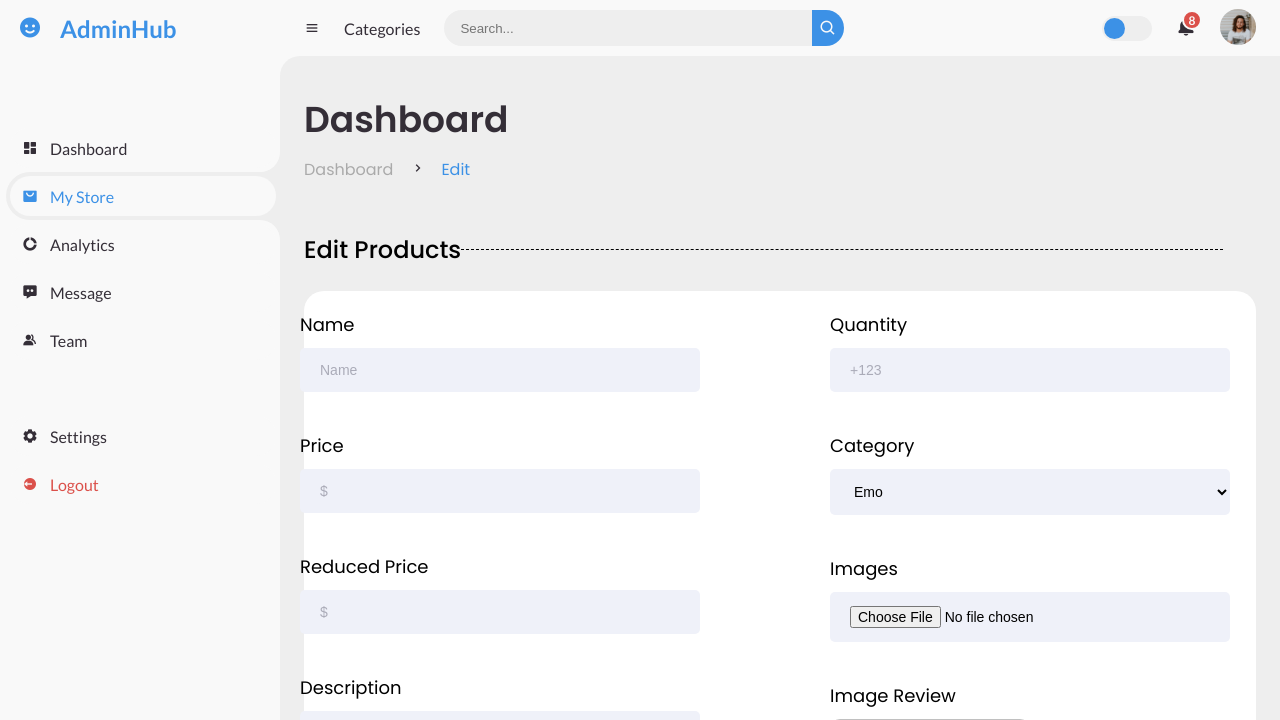
Repository: trietle101/du-an-1
Page: http://localhost/admin/edit.php
The author's editor kept a copy of each file at every save. The page is drawn from the files as they stood at one save, then again after the next save.
The browser window is 1280 px wide. The pictures show the whole page.
An inner scrolling area shows only its first screen. Some web libraries are served in a nearby version. The page is run by PHP 8.4 with error messages shown; the project is at /var/www/html/.

Above is the page before, as saved 2023-03-22 16:35:30.
Console error: TypeError: Cannot read properties of null (reading 'addEventListener')

After the next save:
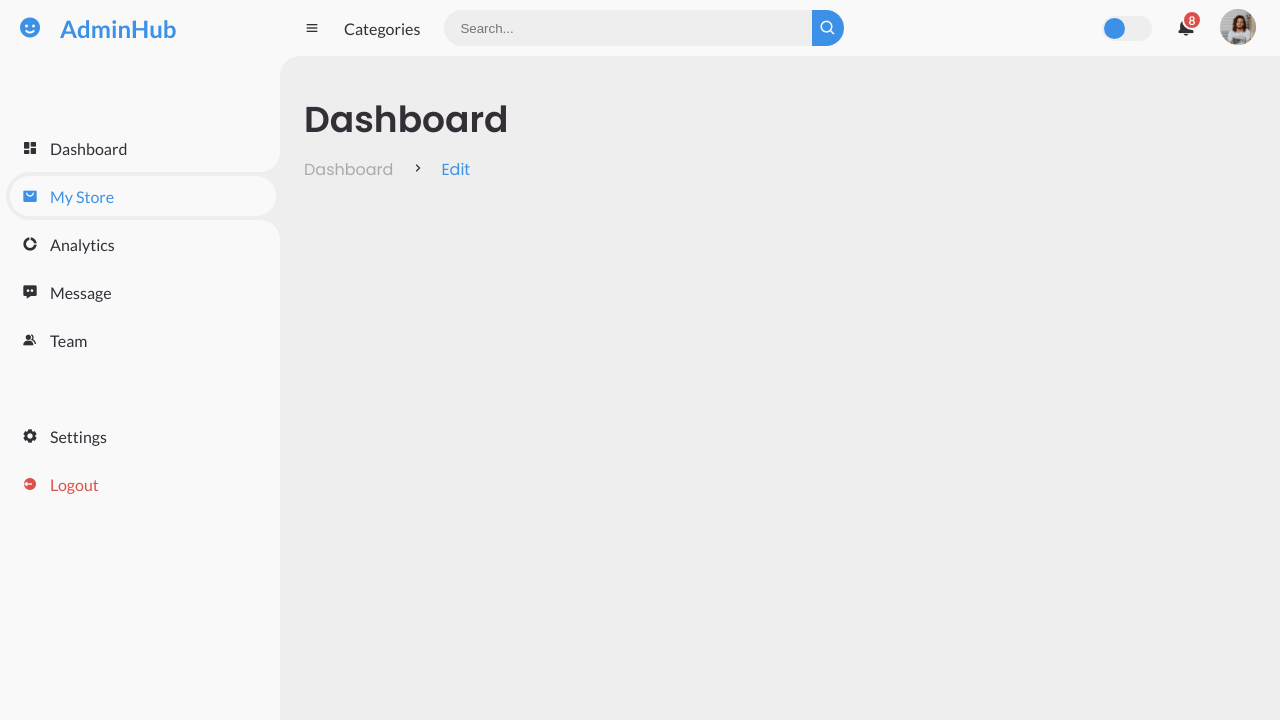
Saved 112 s later.
--- a/components/comedit.php
+++ b/components/comedit.php
@@ -14,68 +14,64 @@
             </ul>
           </div>
         </div>
-
-        <div class="checkout-address">
-          <h3 class="checkout-address-title">
-            <span>Edit Products</span>
-          </h3>
-          <div class="checkout-address-box">
-            <form action="#">
-              <div class="checkout-address-list">
-                <div class="checkout-address-item">
-                  <div class="checkout-address-input">
-                    <label>Name</label> <br />
-                    <input type="text" placeholder="Name" />
+        <?php
+          if(isset($_GET['id_pd'])){
+            $products = products_selectID_pd($_GET['id_pd']);
+            ?>
+            <div class="checkout-address">
+              <h3 class="checkout-address-title">
+                <span>Edit Products</span>
+              </h3>
+              <div class="checkout-address-box">
+                <form action="#">
+                  <div class="checkout-address-list">
+                    <div class="checkout-address-item">
+                      <div class="checkout-address-input">
+                        <label>Name</label> <br />
+                        <input type="text" placeholder="Name" value="<?php echo $products[0][1] ?>"/>
+                      </div>
+                      <div class="checkout-address-input">
+                        <label>Price</label> <br />
+                        <input type="number" placeholder="$" value="<?php echo $products[0][3] ?>" />
+                      </div>
+                      <div class="checkout-address-input">
+                        <label>Reduced Price</label> <br />
+                        <input type="number" placeholder="$" value="<?php echo $products[0][2] ?>" />
+                      </div>
+                    </div>
+                    <div class="checkout-address-item">
+                      <div class="checkout-address-input">
+                        <label>Quantity</label> <br />
+                        <input type="number" placeholder="+123" value="<?php echo $products[0][8] ?>" />
+                      </div>
+                      <div class="checkout-address-input">
+                        <label>Category</label> <br />
+                        <select name="cate">
+                          <?php
+                            $cate_pd = cate_selectAll();
+                            foreach ($cate_pd as $item){
+                              ?>
+                              <option value="<?php echo $item[0] ?>"><?php echo $item[1] ?></option>
+                            <?php }?>
+                        </select>
+                      </div>
+                      <div class="checkout-address-input">
+                        <label>Images</label> <br />
+                        <input type="file" name="image" id="avatar" />
+                      </div>
+                      <div class="checkout-address-input">
+                        <label>Image Review</label> <br />
+                        <img src="" alt="" id="avatar-view" />
+                      </div>
+                      <div class="checkout-address-input">
+                        <input type="submit" value="Edit" class="submit" />
+                      </div>
+                    </div>
                   </div>
-                  <div class="checkout-address-input">
-                    <label>Price</label> <br />
-                    <input type="number" placeholder="$" />
-                  </div>
-                  <div class="checkout-address-input">
-                    <label>Reduced Price</label> <br />
-                    <input type="number" placeholder="$" />
-                  </div>
-                  <div class="checkout-address-input">
-                    <label>Description</label> <br />
-                    <textarea
-                      class="message"
-                      type="text"
-                      name=""
-                      id=""
-                      placeholder="Description..."
-                      rows="7"
-                    ></textarea>
-                  </div>
-                </div>
-                <div class="checkout-address-item">
-                  <div class="checkout-address-input">
-                    <label>Quantity</label> <br />
-                    <input type="number" placeholder="+123" />
-                  </div>
-                  <div class="checkout-address-input">
-                    <label>Category</label> <br />
-                    <select name="cate">
-                      <option value="">Emo</option>
-                      <option value="">Emo</option>
-                      <option value="">Emo</option>
-                    </select>
-                  </div>
-                  <div class="checkout-address-input">
-                    <label>Images</label> <br />
-                    <input type="file" name="image" id="avatar" />
-                  </div>
-                  <div class="checkout-address-input">
-                    <label>Image Review</label> <br />
-                    <img src="" alt="" id="avatar-view" />
-                  </div>
-                  <div class="checkout-address-input">
-                    <input type="submit" value="Edit" class="submit" />
-                  </div>
-                </div>
+                </form>
               </div>
-            </form>
-          </div>
-        </div>
+            </div>
+          <?php }?>
         <!-- <div class="checkout-address">
           <h3 class="checkout-address-title">
             <span>Input Images</span>
